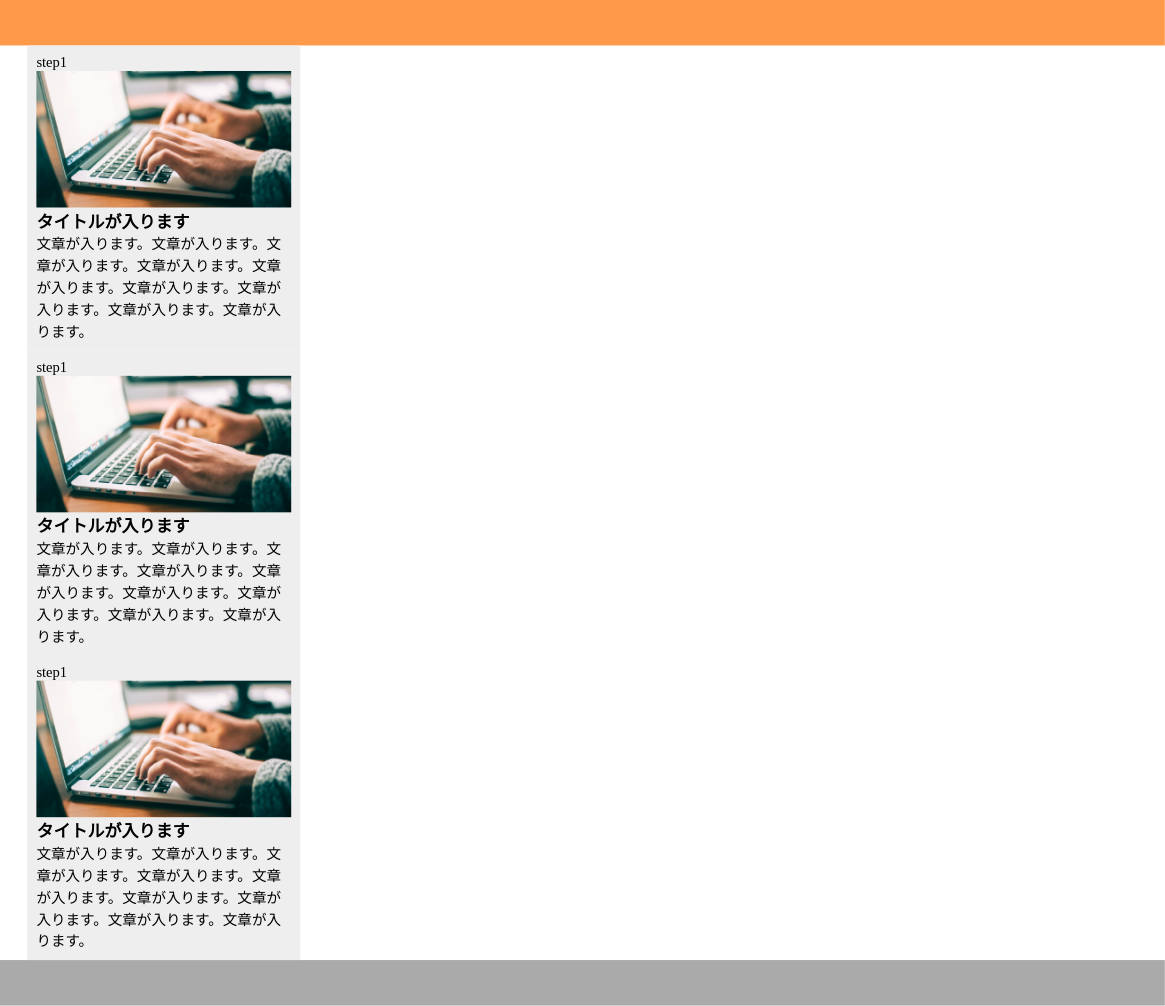
Repository: shizuki-okuma/dmm-webcamp
Page: chapter9_exercise/chapter9_exercise.html
The author's editor kept a record of every edit. The page is drawn from the files as they stood at one moment, then again after the next edit.
The browser window is 1280 px wide. The pictures show the whole page, at 91% of full size.

Above is the page before.

After the next edit:
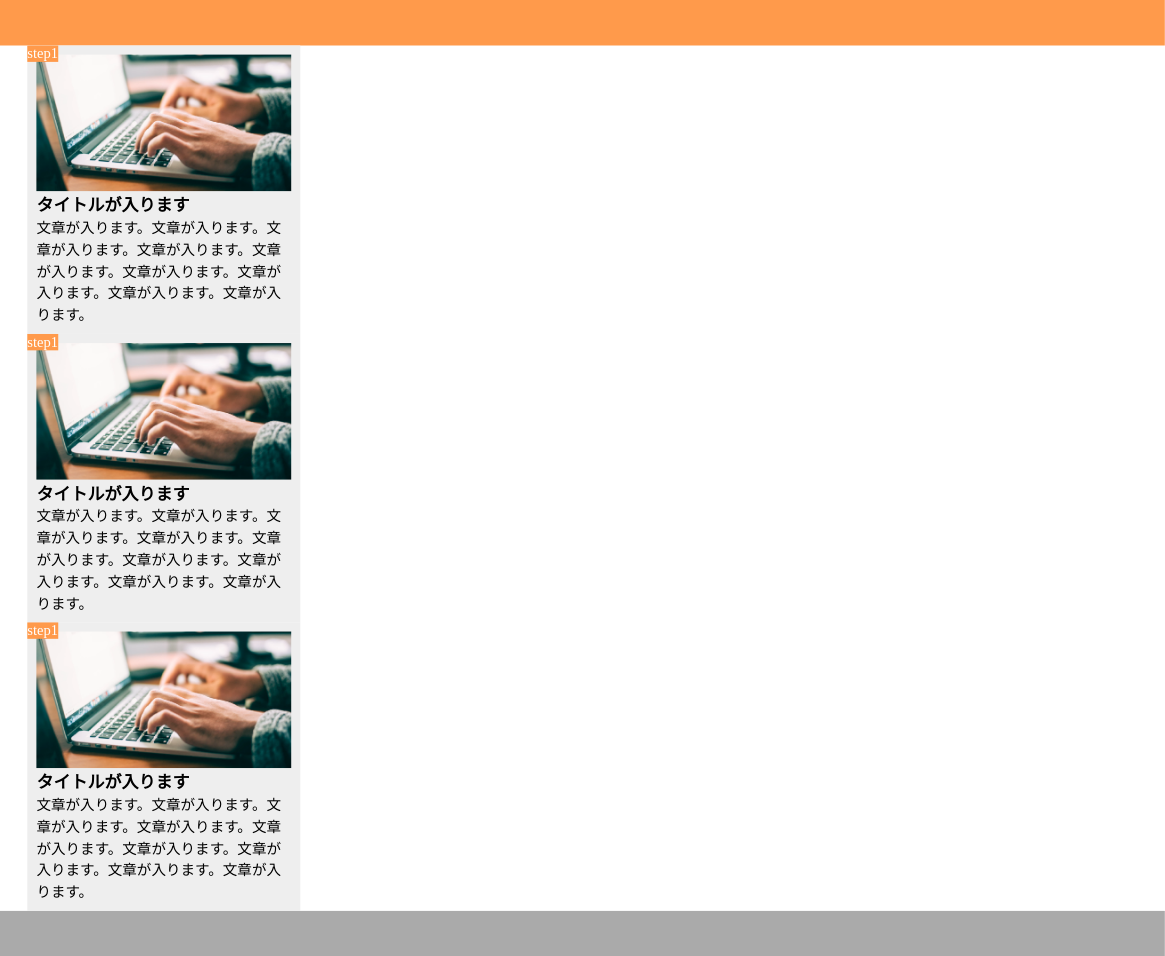
The edit:
--- a/chapter9_exercise/style.css
+++ b/chapter9_exercise/style.css
@@ -41,7 +41,13 @@
   background-position: bottom;
   background-size: cover;
 }
-
+.step-num {
+  position: absolute;
+  top: 0;
+  left: 0;
+  background-color: #ff9a4b;
+  color: #fff;
+}
 .title {
   margin: 15px 0 5px;
 }
